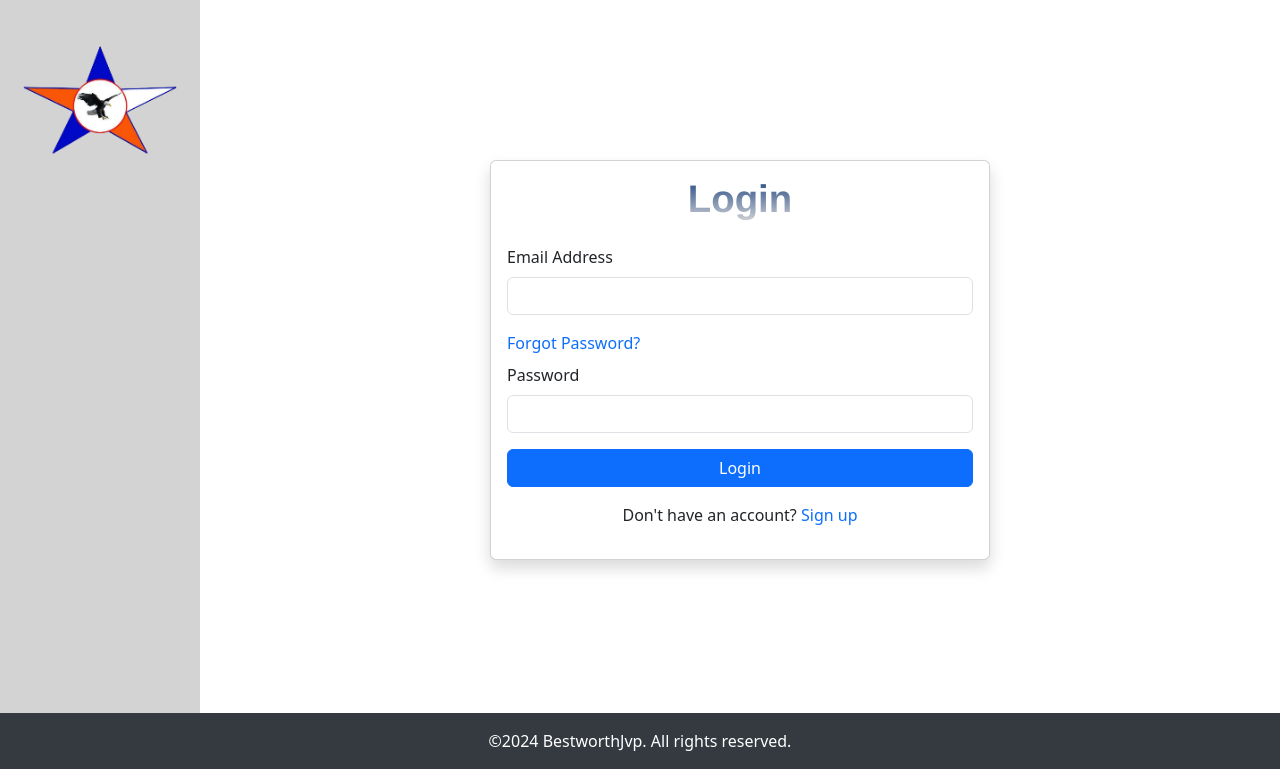
Repository: OVictor21/inventory
Page: /Login
An editor plug-in stored every save of this project. The page is shown before and after a run of saves, followed by the edit.
The browser window is 1280 px wide. The pictures show the whole page.
The project was rebuilt for these pictures with package versions that can differ from the ones it lists, and the page was loaded fresh each time. Also part of the build but not shown: src/components/signup.jsx, src/components/reset1.jsx, src/components/reset2.jsx.

Above is the page before, as saved 2024-12-15 15:19:10.

After the next 4 saves:
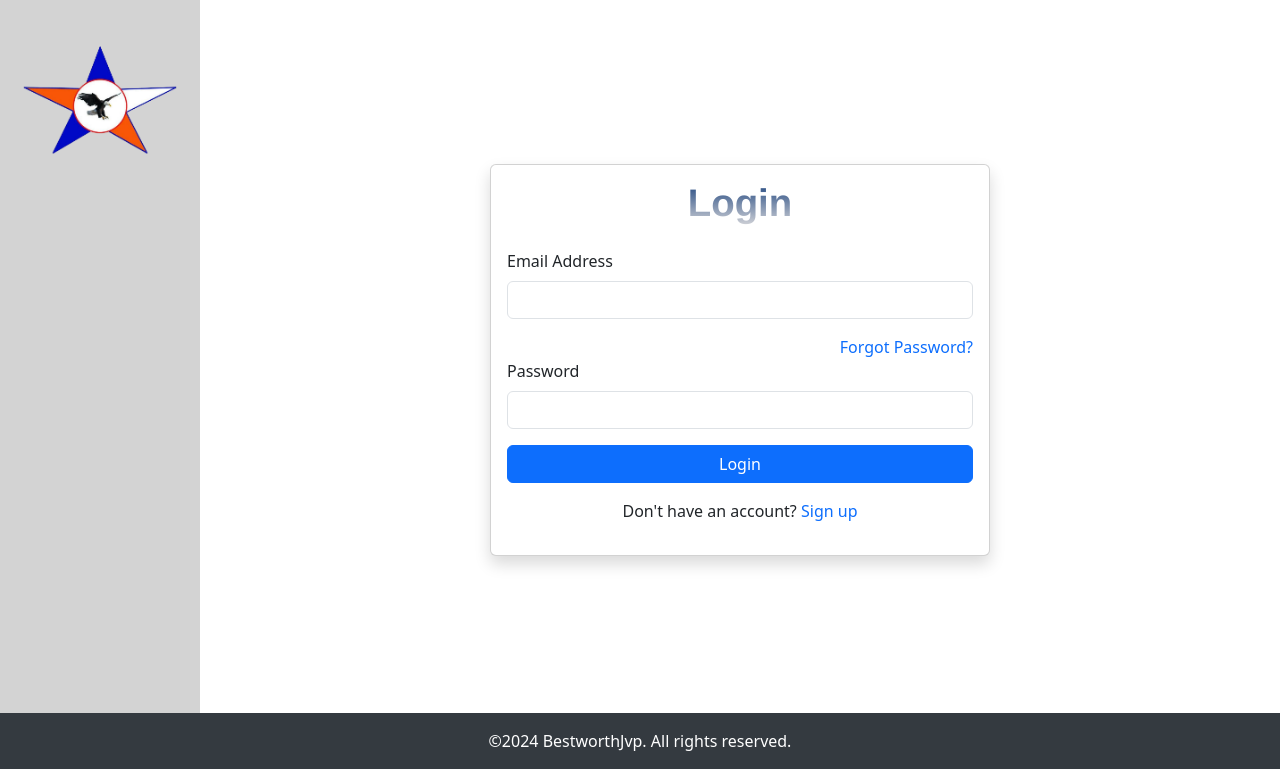
The 4 saves are shown as one change because they came seconds apart.
The last was saved 41 s later.
--- a/src/components/login.jsx
+++ b/src/components/login.jsx
@@ -23,7 +23,7 @@
               </label>
               <input type="email" className="form-control" id="email" required />
             </div>
-            <div className="mt-3 my-2">
+            <div className="mt-3 text-end">
           <a href="/forgot-password" className="text-decoration-none">
       Forgot Password?
     </a>
